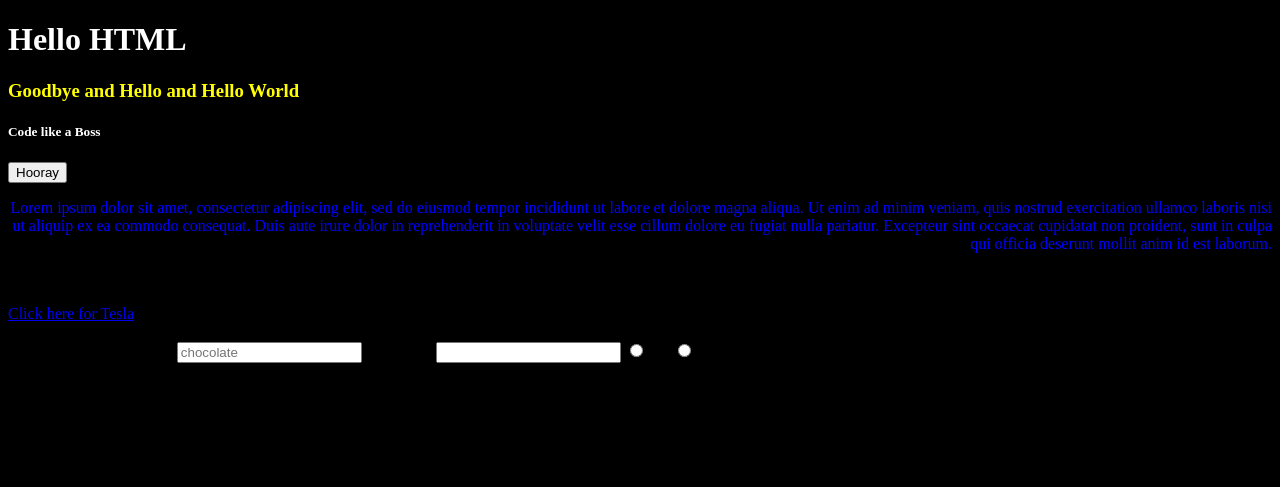
Repository: amilevich/1028PegaUSF
Page: workspace-sts-3.9.4.RELEASE/HelloHTML/src/main/webapp/index.html
The author's editor kept a copy of each file at every save. The page is drawn from the files as they stood at one save, then again after the next save.
The browser window is 1280 px wide. The pictures show the whole page.

Above is the page before, as saved 2019-11-21 20:18:53.

### workspace-sts-3.9.4.RELEASE/HelloHTML/src/main/webapp/index.html
<!DOCTYPE html>
<html>
<head>
<meta charset="UTF-8">
<title>Super Amazing Web Page</title>
</head>
<body style= "background-color: black">
<div style="color: white">
	<h1>Hello HTML</h1>
	<h3 style="color:yellow">Goodbye and Hello and Hello World</h3>
	<h5>Code like a Boss</h5>
</div>
	<button>Hooray</button>

	<!-- span element is for inline elements and is usually used for small chunks of HTML vs div element is block-line and is used to group larger chunks of code -->

	<!-- This is a comment -->

	<p style= "color: blue; text-align: right" >Lorem ipsum dolor sit amet, consectetur adipiscing elit, sed do
		eiusmod tempor incididunt ut labore et dolore magna aliqua. Ut enim ad
		minim veniam, quis nostrud exercitation ullamco laboris nisi ut
		aliquip ex ea commodo consequat. Duis aute irure dolor in
		reprehenderit in voluptate velit esse cillum dolore eu fugiat nulla
		pariatur. Excepteur sint occaecat cupidatat non proident, sunt in
		culpa qui officia deserunt mollit anim id est laborum.</p>

		<img src="">

		<br/>
		<br/>

	<a href="tesla.com">Click here for Tesla</a>

	<br/>
	<br/>

	<form>
	Da Best ice-cream flavor:
	<input type="text" placeholder="chocolate"/>
	Password:
	<input type="password"/>
	<input type="radio"/>Yes
	<input type="radio"/>No

	</form>

</body>
</html>

After the next save:
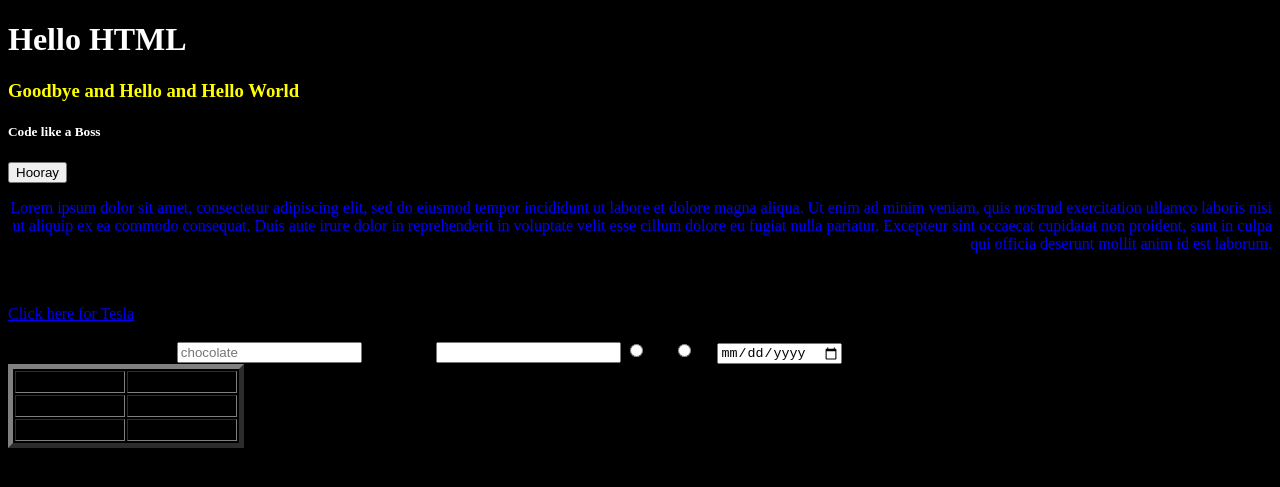
Saved 5 min 27 s later.
--- a/workspace-sts-3.9.4.RELEASE/HelloHTML/src/main/webapp/index.html
+++ b/workspace-sts-3.9.4.RELEASE/HelloHTML/src/main/webapp/index.html
@@ -41,8 +41,23 @@
 	<input type="password"/>
 	<input type="radio"/>Yes
 	<input type="radio"/>No
+	<input type="date"/>
+	</form>
 
-	</form>
+	<table border="5">
+	<tr>
+		<th>Left</th>
+		<th>Right</th>
+	</tr>
+	<tr>
+		<td>Row1, Column1</td>
+		<td>Row1, Column1</td>
+	</tr>
+	<tr>
+		<td>Row1, Column1</td>
+		<td>Row1, Column1</td>
+	</tr>
+	</table>
 
 </body>
 </html>
